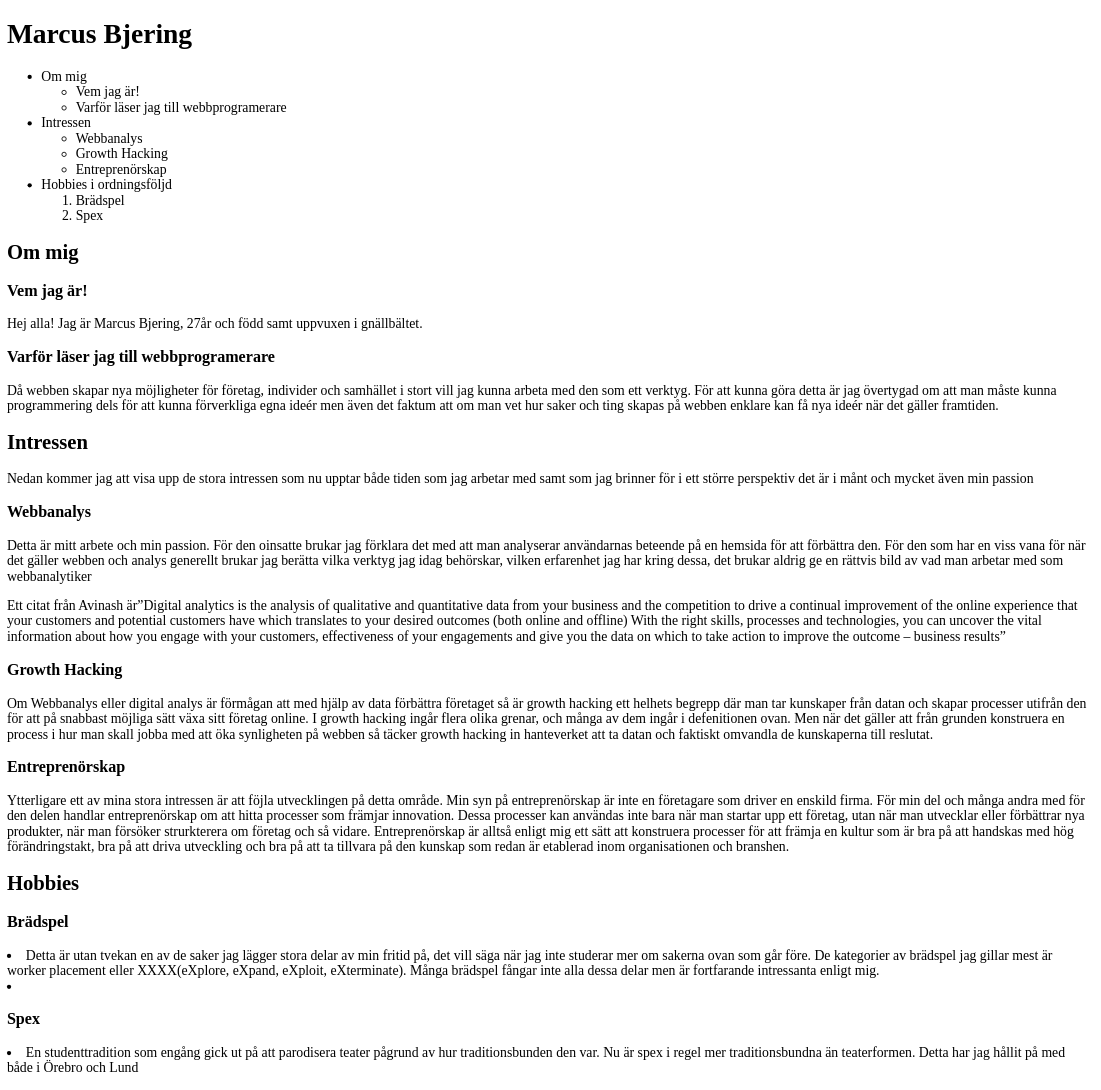
Repository: mb223ks/1IK415-laborationer
Page: pages/presentation.html
The author's editor kept a record of every edit. The page is drawn from the files as they stood at one moment, then again after the next edit.
The browser window is 1280 px wide. The pictures show the whole page, at 86% of full size.

Above is the page before.

After the next edit:
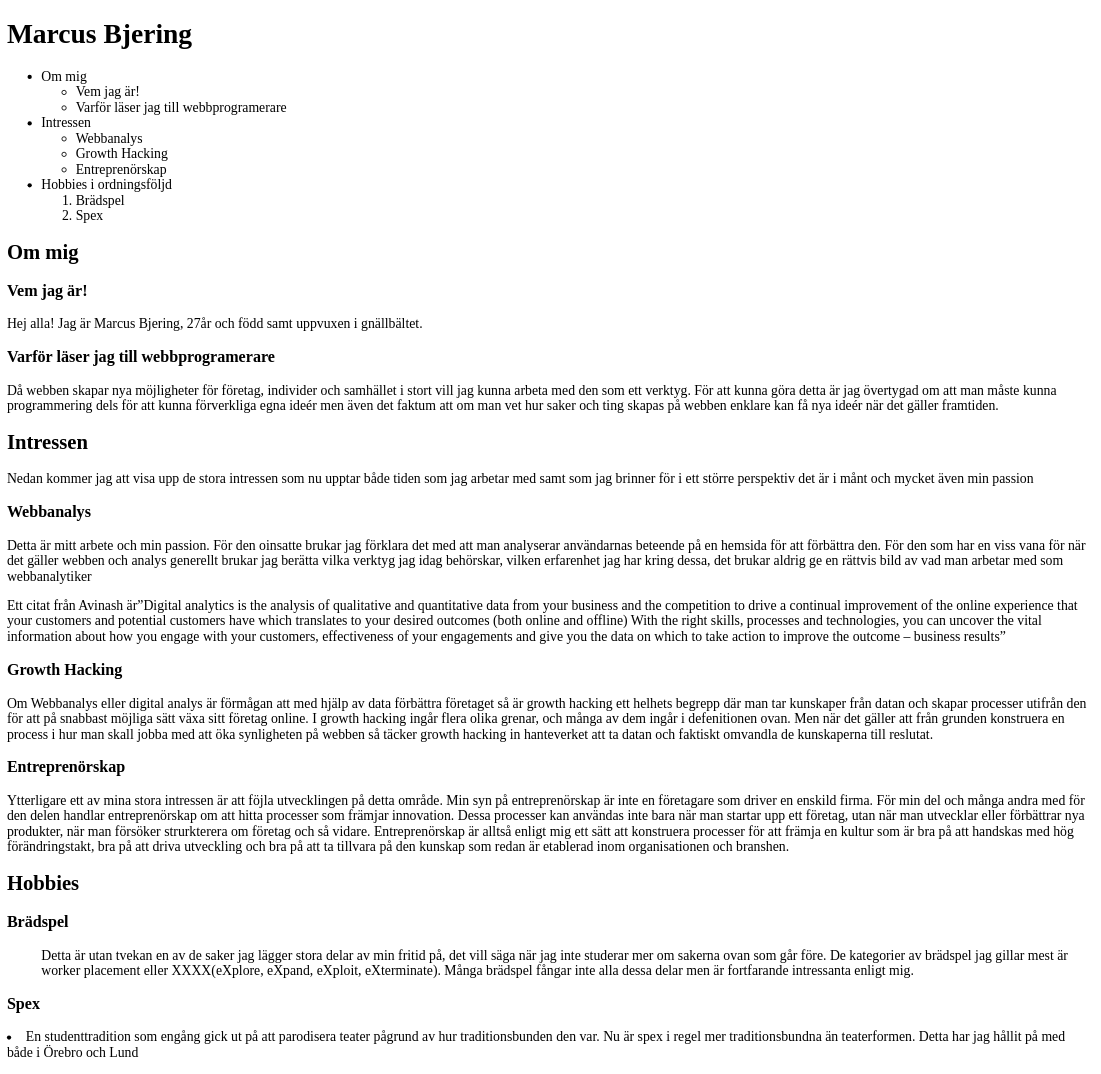
The edit:
--- a/pages/presentation.html
+++ b/pages/presentation.html
@@ -46,8 +46,8 @@
         <h2>Hobbies</h2>
         <dl>
             <dt><h3>Brädspel</h3></dt>
-                <li>Detta är utan tvekan en av de saker jag lägger stora delar av min fritid på, det vill säga när jag inte studerar mer om sakerna ovan som går före. De kategorier av brädspel jag gillar mest är worker placement eller XXXX(eXplore, eXpand, eXploit, eXterminate). Många brädspel fångar inte alla dessa delar men är fortfarande intressanta enligt mig.</li>
-            <li><h3>Spex</h3></li>
+                <dd>Detta är utan tvekan en av de saker jag lägger stora delar av min fritid på, det vill säga när jag inte studerar mer om sakerna ovan som går före. De kategorier av brädspel jag gillar mest är worker placement eller XXXX(eXplore, eXpand, eXploit, eXterminate). Många brädspel fångar inte alla dessa delar men är fortfarande intressanta enligt mig.</li>
+            <dt><h3>Spex</h3></dt>
                 <li>En studenttradition som engång gick ut på att parodisera teater pågrund av hur traditionsbunden den var. Nu är spex i regel mer traditionsbundna än teaterformen. Detta har jag hållit på med både i Örebro och Lund</li>
         </dl>
     </body>
